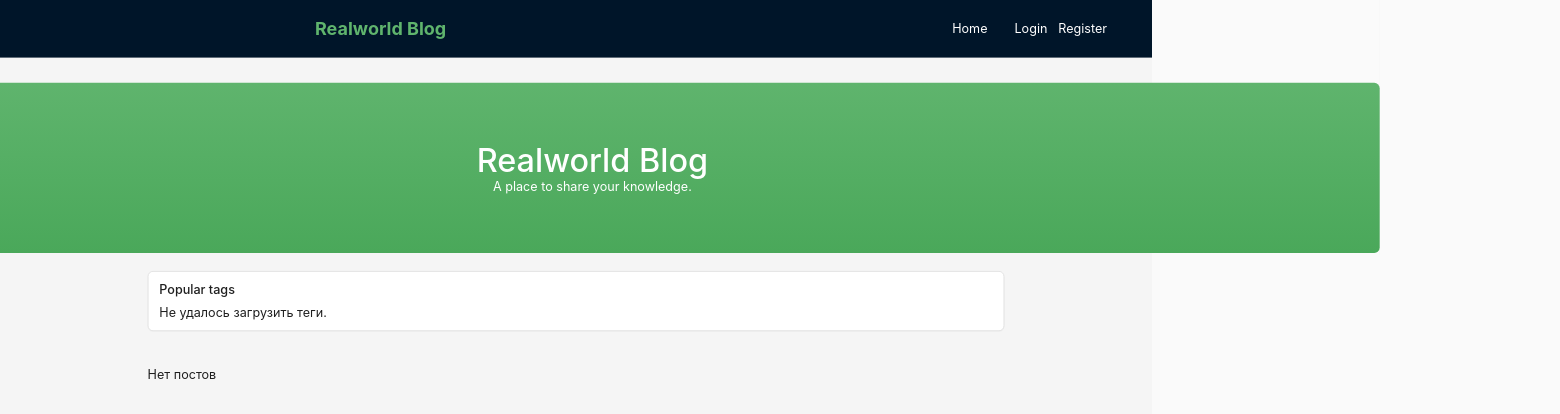
Repository: Rafged/S1mple-blog
Page: / (app in S1mple-blog-main/)
An editor plug-in stored every save of this project. The page is shown before and after the next save, followed by the edit.
The browser window is 1280 px wide. The page is 1533 px wide, then 1733 px, so the pictures cover 1733 px, including what lies to the right of the window. The pictures show the whole page, at 90% of full size.
The page's requests for data from a server got no answer. The project was rebuilt for these pictures with package versions that can differ from the ones it lists, and the page was loaded fresh each time. No one was signed in, and anything a server would have sent is missing. Also part of the build but not shown: S1mple-blog-main/vite.config.js, S1mple-blog-main/src/pages/Login.jsx, S1mple-blog-main/src/pages/Register.jsx, S1mple-blog-main/src/pages/NewPost.jsx, S1mple-blog-main/src/pages/Settings.jsx, S1mple-blog-main/src/pages/Article.jsx, S1mple-blog-main/src/pages/Profile.css, S1mple-blog-main/src/pages/Profile.jsx.

Above is the page before, as saved 2025-10-06 14:50:40.

### S1mple-blog-main/index.html
<!doctype html>
<html lang="ru">
  <head>
    <meta charset="utf-8" />
    <meta name="viewport" content="width=device-width, initial-scale=1.0" />
    <title>Realworld Vite React</title>
  </head>
  <body>
    <div id="root"></div>
    <script type="module" src="/src/main.jsx"></script>
  </body>
</html>

### S1mple-blog-main/src/main.jsx
import React from 'react'
import { createRoot } from 'react-dom/client'
import { BrowserRouter } from 'react-router-dom'
import App from './App'
import 'antd/dist/reset.css'
import './styles.css'

createRoot(document.getElementById('root')).render(
  <React.StrictMode>
    <BrowserRouter>
      <App/>
    </BrowserRouter>
  </React.StrictMode>
)

### S1mple-blog-main/src/App.jsx
import React, { useEffect, useState } from 'react'
import { Routes, Route, Link, useNavigate } from 'react-router-dom'
import { Layout, Button } from 'antd'
import Home from './pages/Home'
import Login from './pages/Login'
import Register from './pages/Register'
import NewPost from './pages/NewPost'
import Settings from './pages/Settings'
import Article from './pages/Article'
import Profile from './pages/Profile'

const { Header, Content } = Layout

function getUsername(){ return localStorage.getItem('username') || null }

export default function App(){
  const [auth, setAuth] = useState(!!localStorage.getItem('token'))
  const navigate = useNavigate()

  useEffect(()=> {
    function onStorage(){ setAuth(!!localStorage.getItem('token')) }
    window.addEventListener('storage', onStorage)
    return ()=> window.removeEventListener('storage', onStorage)
  },[])

  function doLogout(){
    try{
      localStorage.removeItem('token'); localStorage.removeItem('username'); localStorage.removeItem('user');
    }catch(e){}
    setAuth(false);
    navigate('/');
    window.location.reload();
  }

  return (
    <Layout style={{minHeight:'100vh'}}>
      <Header style={{display:'flex', alignItems:'center', justifyContent:'space-between'}}>
        <div style={{color:'#5fb46d', fontWeight:700, fontSize: '20px', marginLeft: 300}}>Realworld Blog</div>
        <div>
          <Link to="/" style={{marginRight:30, color:'#fff'}}>Home</Link>
          {auth && <Link to="/new" style={{marginRight:25, color:'#fff'}}>New post</Link>}
          {auth && <Link to="/settings" style={{marginRight:20, color:'#fff'}}>Settings</Link>}
          {auth ? (
            <>
              <Link to={ getUsername() ? ('/profile/' + getUsername()) : '/profile' } style={{marginRight:25, color:'#fff'}}>
                Hi, {getUsername() || 'Unknown'}
              </Link>
              <Button onClick={doLogout}>Log out</Button>
            </>
          ) : (
            <>
              <Link to="/login" style={{marginRight:12, color:'#fff'}}>Login</Link>
              <Link to="/register" style={{color:'#fff'}}>Register</Link>
            </>
          )}
        </div>
      </Header>
      <Content style={{padding:24}}>
        <div style={{maxWidth:960, margin:'0 auto'}}>
          <Routes>
            <Route path="/" element={<Home/>}/>
            <Route path="/login" element={<Login onAuth={() => setAuth(true)}/>}/>
            <Route path="/register" element={<Register onAuth={() => setAuth(true)}/>}/>
            <Route path="/new" element={<NewPost/>}/>
            <Route path="/settings" element={<Settings/>}/>
            <Route path="/article/:slug" element={<Article/>}/>
            <Route path="/profile" element={<Profile/>}/>
            <Route path="/profile/:username" element={<Profile/>}/>
          </Routes>
        </div>
      </Content>
    </Layout>
  )
}

### S1mple-blog-main/src/styles.css
:root{ --green: #55b36b }
body{ font-family: Inter, "Open Sans", Arial, sans-serif; margin:0; background:#fafafa; color:#222 }
.container{ max-width:1600px; margin:0 auto; padding:4px }
.brand{ color:var(--green); font-weight:700; font-size:20px; margin-right:12px }
.banner{ background:linear-gradient(180deg,#5fb46d,#4aa85a); color:#fff; padding:66px; border-radius:6px; margin-bottom:20px; width: 1750px; margin-left: -40%;}
.meta{ color:#777; margin-top:6px }


/* Cards and Popular Tags box */
.popular-box{
  border:1px solid #e0e0e0;
  border-radius:6px;
  padding:12px;
  background:#fff;
  box-shadow: 0 1px 0 rgba(0,0,0,0.02);
  margin-bottom:20px;
}
.tag-btn{
  padding:6px 10px;
  border-radius:16px;
  border:1px solid #ddd;
  background:#fff;
  cursor:pointer;
  font-size:13px;
}
.article-card{
  border:1px solid #e0e0e0;
  border-radius:6px;
  padding:16px;
  background:#fff;
  margin-bottom:18px;
  margin-left: 1px;
  width: 950px;
  box-shadow: 0 1px 0 rgba(0,0,0,0.02);
}
.article-meta{ color:#7a7a7a; margin-bottom:6px; font-size:14px }
.favorite-badge{
  border:1px solid #5cb85c;
  padding:6px 10px;
  border-radius:8px;
  background:#fff;
  cursor:pointer;
  font-weight:600;
  display:inline-flex;
  align-items:center;
  gap:8px;
}

### S1mple-blog-main/src/pages/Home.jsx
import React, { useEffect, useState } from 'react'
import { getArticles, favoriteArticle, unfavoriteArticle } from '../api'
import { Link } from 'react-router-dom'
import PopularTags from '../components/PopularTags'
import Pagination from '../components/Pagination'

export default function Home(){
  const [articles, setArticles] = useState([])
  const [currentPage, setCurrentPage] = useState(1)
  const [totalPages, setTotalPages] = useState(1)
  const limit = 3

  useEffect(()=> {
    load(currentPage)
  },[currentPage])

  async function load(page = 1){
    try{
      const offset = (page-1)*limit
      const res = await getArticles(`?limit=${limit}&offset=${offset}`)
      setArticles(res.articles || [])
      const count = res.articlesCount || (res.articles ? res.articles.length : 0)
      setTotalPages(Math.max(1, Math.ceil(count / limit)))
    }catch(e){
      console.error(e)
    }
  }

  async function toggleFav(a){
    if(!localStorage.getItem('token')){ alert('Войдите чтобы оценивать'); return; }
    try{
      if(a.favorited) await unfavoriteArticle(a.slug)
      else await favoriteArticle(a.slug)
      await load(currentPage)
    }catch(e){ console.error(e); alert('Ошибка') }
  }

  return (
    <div className="container">
      <div className="banner" style={{textAlign:'center'}}>
        <h1 style={{margin:0, fontSize:36}}>Realworld Blog</h1>
        <p style={{margin:0}}>A place to share your knowledge.</p>
      </div>

      {/* Popular tags at center top */}
      <div style={{display:'flex', justifyContent:'center', marginBottom:20}}>
        <div style={{maxWidth:1200, width:'100%'}}>
          <PopularTags />
        </div>
      </div>

      <div>
        {articles.length === 0 ? <div>Нет постов</div> : articles.map(a => (
          <div key={a.slug} className="article-card">
            <div style={{display:'flex', justifyContent:'space-between', alignItems:'flex-start'}}>
              <div>
                <div className="article-meta"><Link to={`/profile`}>{a.author?.username}</Link> · {new Date(a.createdAt).toLocaleDateString()}</div>
                <Link to={`/article/${a.slug}`} style={{textDecoration:'none'}}>
                  <h2 style={{margin:'8px 0', color:'#222'}}>{a.title}</h2>
                </Link>
                <p style={{color:'#555'}}>{a.description || (a.body && a.body.slice(0,200)+'...')}</p>
                <div style={{marginTop:8}}>
                  {a.tagList && a.tagList.map(t => <span key={t} className="tag-btn">{t}</span>)}
                </div>
              </div>
              <div>
                <button className="favorite-badge" onClick={()=>toggleFav(a)} title="Favorite">
                  ❤️ <span style={{marginLeft:6}}>{a.favoritesCount||0}</span>
                </button>
              </div>
            </div>
          </div>
        ))}
        <Pagination currentPage={currentPage} totalPages={totalPages} onPageChange={(p)=>setCurrentPage(p)} />
      </div>
    </div>
  )
}

### S1mple-blog-main/src/api.js
const API = '/api'

function getToken(){
  return localStorage.getItem('token')
}

function authHeaders(){
  const t = getToken()
  return t ? { 'Authorization': 'Token ' + t } : {}
}

async function request(path, opts = {}){
  const headers = { 'Content-Type': 'application/json', ...(opts.headers||{}), ...authHeaders() }
  const res = await fetch(API + path, {...opts, headers})
  const text = await res.text()
  let body = null
  try { body = text ? JSON.parse(text) : {} } catch(e){ body = {raw: text} }
  if(!res.ok) throw { status: res.status, body }
  return body
}

export async function getArticles(query=''){
  return request('/articles' + (query||''))
}

export async function getArticle(slug){
  return request('/articles/' + slug)
}

export async function favoriteArticle(slug){
  return request('/articles/' + slug + '/favorite', { method: 'POST' })
}
export async function unfavoriteArticle(slug){
  return request('/articles/' + slug + '/favorite', { method: 'DELETE' })
}

export async function getTags(){ return request('/tags') }

export async function login(email, password){ return request('/users/login', { method:'POST', body: JSON.stringify({user:{email, password}}) }) }
export async function register(username,email,password){ return request('/users', { method:'POST', body: JSON.stringify({user:{username,email,password}}) }) }
export async function getCurrentUser(){ return request('/user') }
export async function updateUser(payload){ return request('/user', { method:'PUT', body: JSON.stringify({user: payload}) }) }

export async function createArticle(article){ return request('/articles', { method:'POST', body: JSON.stringify({article}) }) }
export async function getArticlesByAuthor(author){ return request('/articles?author=' + encodeURIComponent(author)) }

### S1mple-blog-main/src/components/PopularTags.jsx
import React, { useEffect, useState } from "react";
import { getTags } from "../api";

const PopularTags = () => {
  const [tags, setTags] = useState([]);
  const [error, setError] = useState(null);

  useEffect(() => {
    const fetchTags = async () => {
      try {
        const res = await getTags();
        if (res && res.tags) setTags(res.tags);
      } catch (e) {
        setError(true);
        console.warn("Failed to load tags", e);
      }
    };
    fetchTags();
  }, []);

  return (
    <div className="popular-box">
      <h4 style={{ margin: "0 0 8px 0" }}>Popular tags</h4>
      {error ? (
        <div>Не удалось загрузить теги.</div>
      ) : (
        <div style={{ display: "flex", gap: 8, flexWrap: "wrap" }}>
          {tags.length === 0 ? <span>Нет тегов</span> : tags.map((t) => (
            <button key={t} className="tag-btn">{t}</button>
          ))}
        </div>
      )}
    </div>
  );
};

export default PopularTags;

### S1mple-blog-main/src/components/Pagination.jsx
import React from "react";

const Pagination = ({ articlesCount, limit, currentPage, onPageChange }) => {
  const pages = Math.ceil(articlesCount / limit);

  return (
    <ul className="pagination">
      {Array.from({ length: pages }, (_, i) => (
        <li
          key={i}
          className={`page-item ${currentPage === i + 1 ? "active" : ""}`}
          onClick={() => onPageChange(i + 1)}
        >
          <span className="page-link">{i + 1}</span>
        </li>
      ))}
    </ul>
  );
};

export default Pagination;

After the next save:
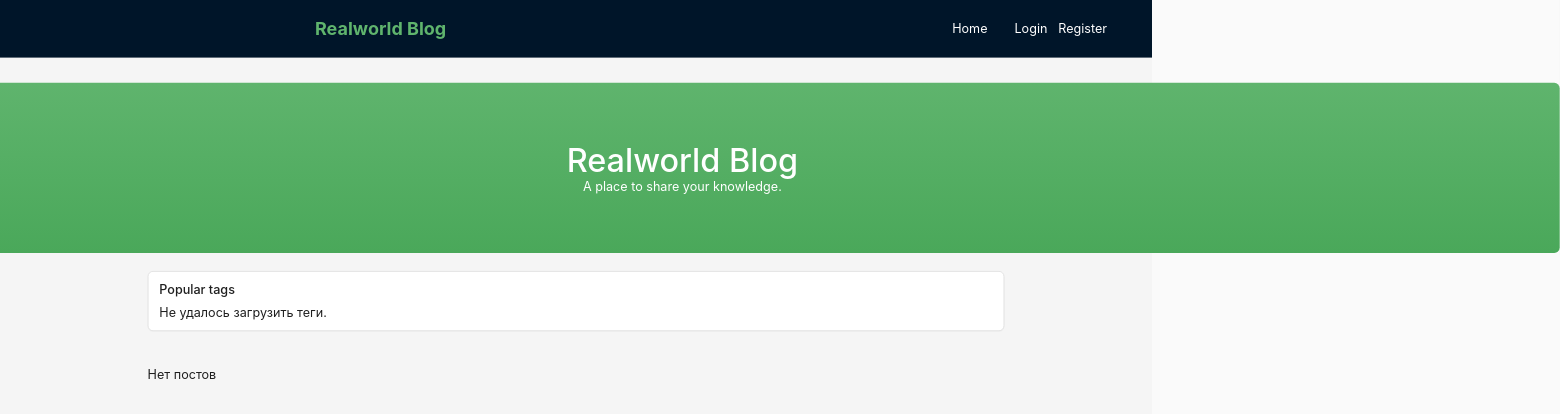
Saved 8 s later.
--- a/S1mple-blog-main/src/styles.css
+++ b/S1mple-blog-main/src/styles.css
@@ -2,7 +2,7 @@
 body{ font-family: Inter, "Open Sans", Arial, sans-serif; margin:0; background:#fafafa; color:#222 }
 .container{ max-width:1600px; margin:0 auto; padding:4px }
 .brand{ color:var(--green); font-weight:700; font-size:20px; margin-right:12px }
-.banner{ background:linear-gradient(180deg,#5fb46d,#4aa85a); color:#fff; padding:66px; border-radius:6px; margin-bottom:20px; width: 1750px; margin-left: -40%;}
+.banner{ background:linear-gradient(180deg,#5fb46d,#4aa85a); color:#fff; padding:66px; border-radius:6px; margin-bottom:20px; width: 1950px; margin-left: -40%;}
 .meta{ color:#777; margin-top:6px }
 
 
